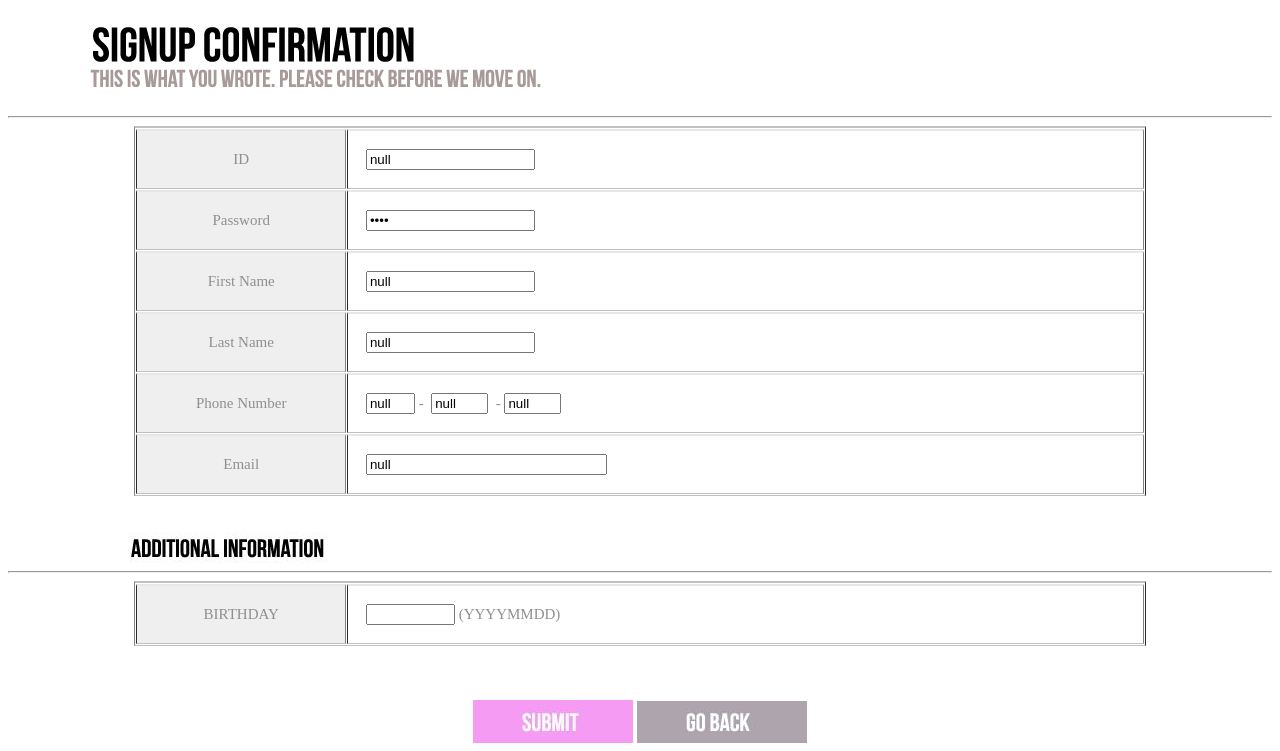
Repository: kminjoo/Making-website-using-JSP
Page: http://localhost/website_project/RegisterProc.jsp
An editor plug-in stored every save of this project. The page is shown before and after the next save, followed by the edit.
The browser window is 1280 px wide. The pictures show the whole page.
The page is served by Tomcat 9.

Above is the page before, as saved 2015-07-21 14:37:49.

After the next save:
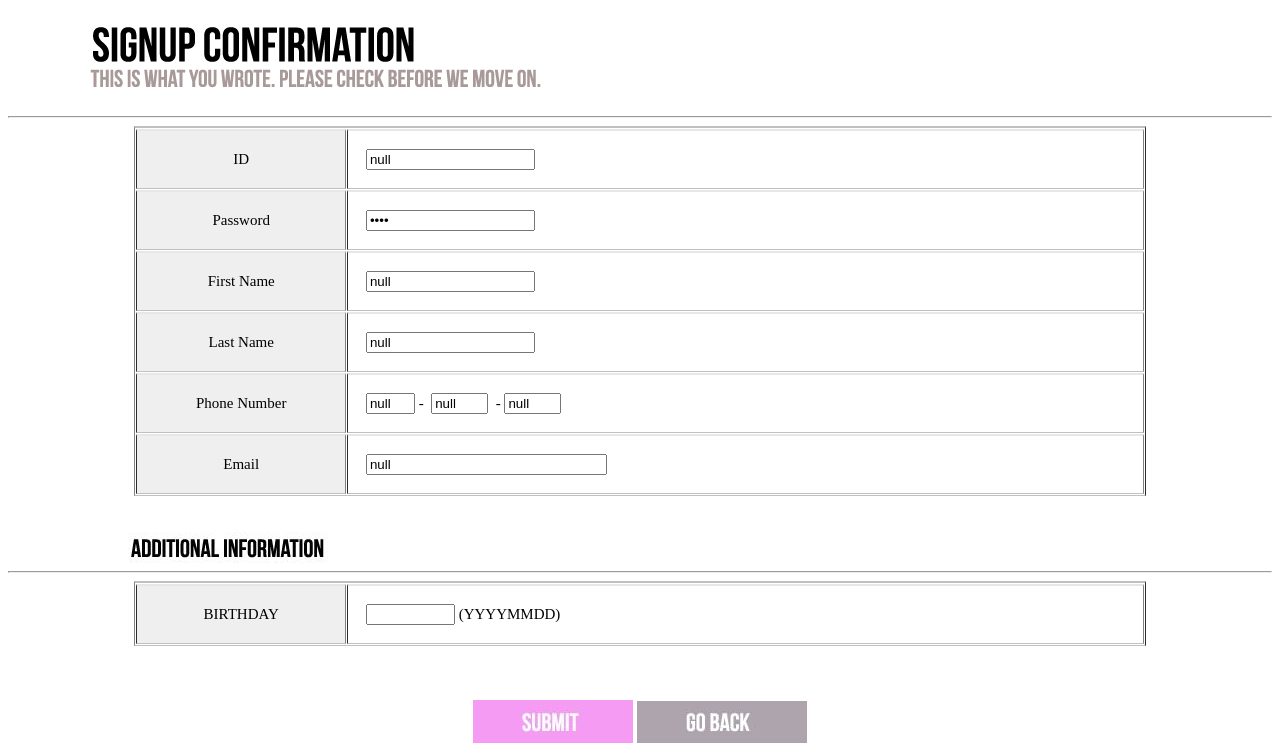
Saved 55 s later.
--- a/website_project/WebContent/style.css
+++ b/website_project/WebContent/style.css
@@ -21,4 +21,4 @@ img{vertical-align:middle;}
 
 table{table-layout:fixed;border-top:2px solid #c0c0c0;border-bottom:1px solid #c0c0c0;}
 
-td{border-top:2px solid #e7e7e7;color:#8f8f8f;line-height:140%;font-size:15px;}
+td{border-top:2px solid #e7e7e7;color:black;line-height:140%;font-size:15px;}
